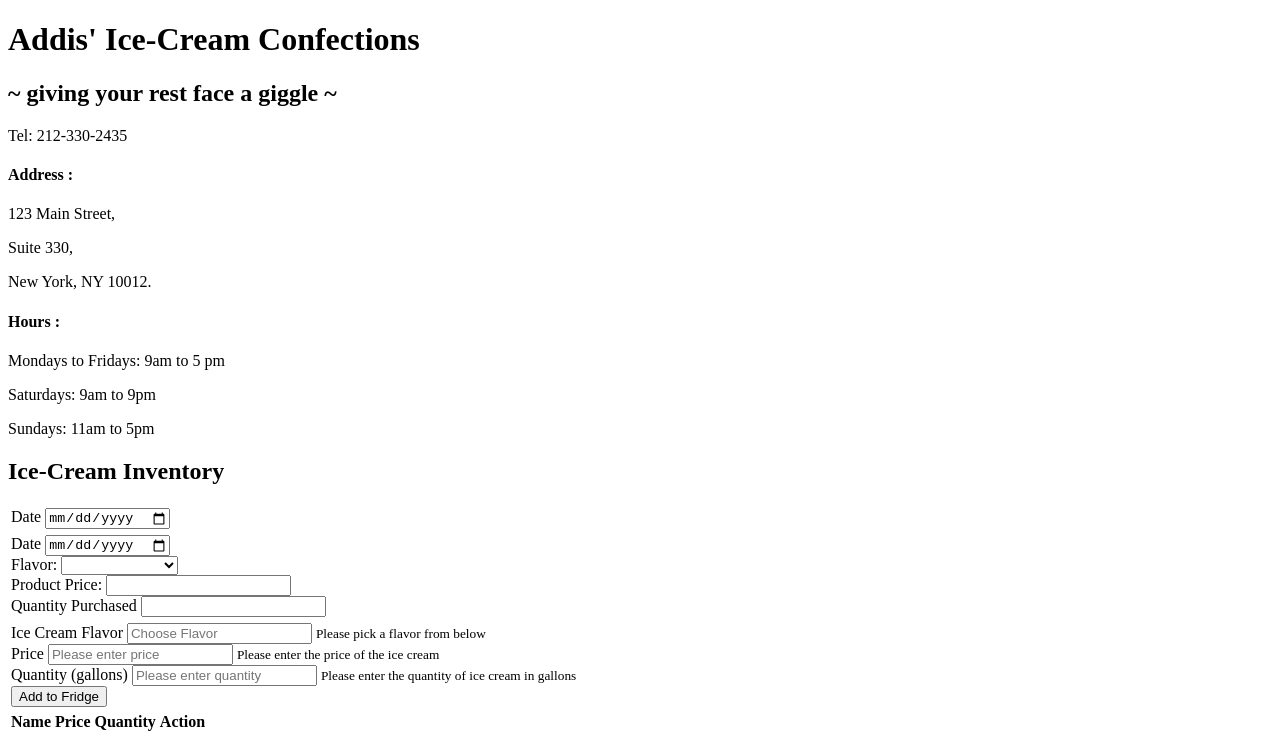
Repository: addisjackson/inventory-web-application
Page: index.html
These files come from the project's save history. The page is drawn as it stood at one moment and after a run of saves; the edit follows.
The browser window is 1280 px wide. The pictures show the whole page.

Above is the page before, as saved 2023-07-05 17:59:54.

After the next 4 saves:
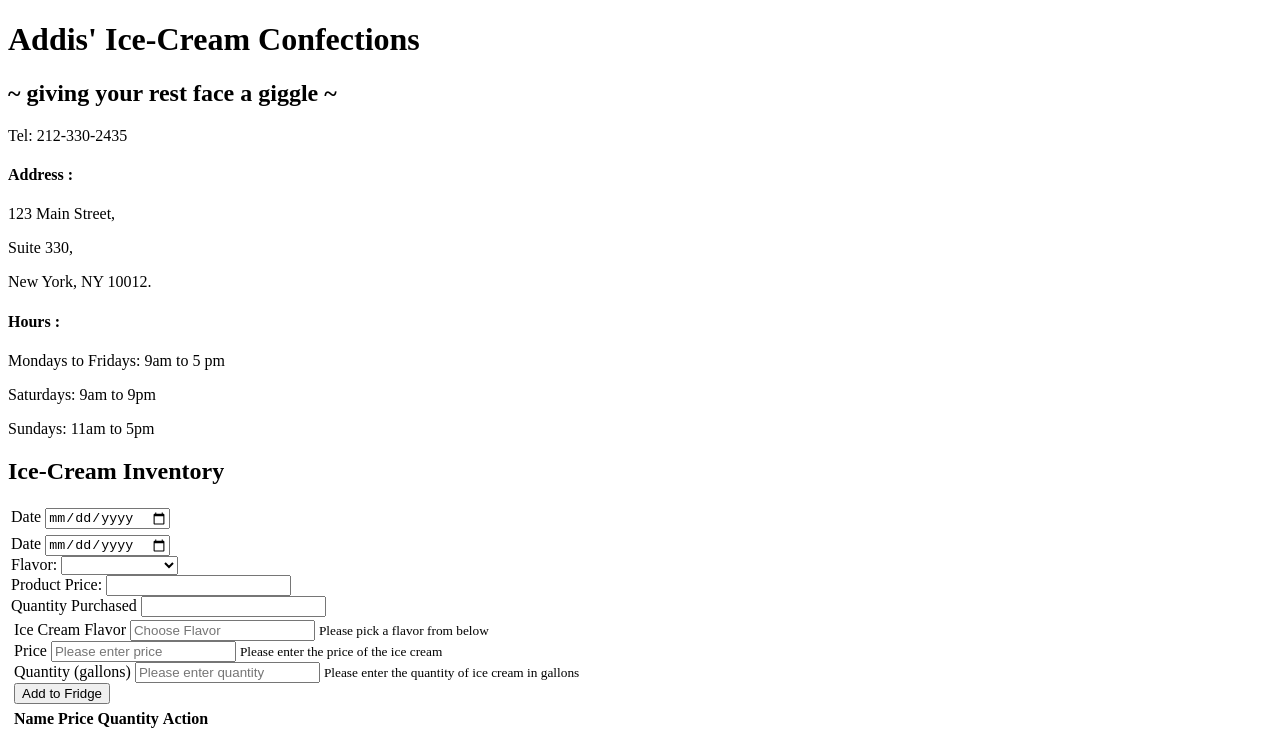
The 4 saves are shown as one change because they came seconds apart.
The last was saved 8 s later.
--- a/index.html
+++ b/index.html
@@ -101,7 +101,7 @@
                         </div>
                         <div>
                             <label for="quantityPurchased">Quantity Purchased</label>
-                            <input type="number" name="qua"
+                            <input type="number" name="quantity
                         </div>
                     </form>
                 </td>
